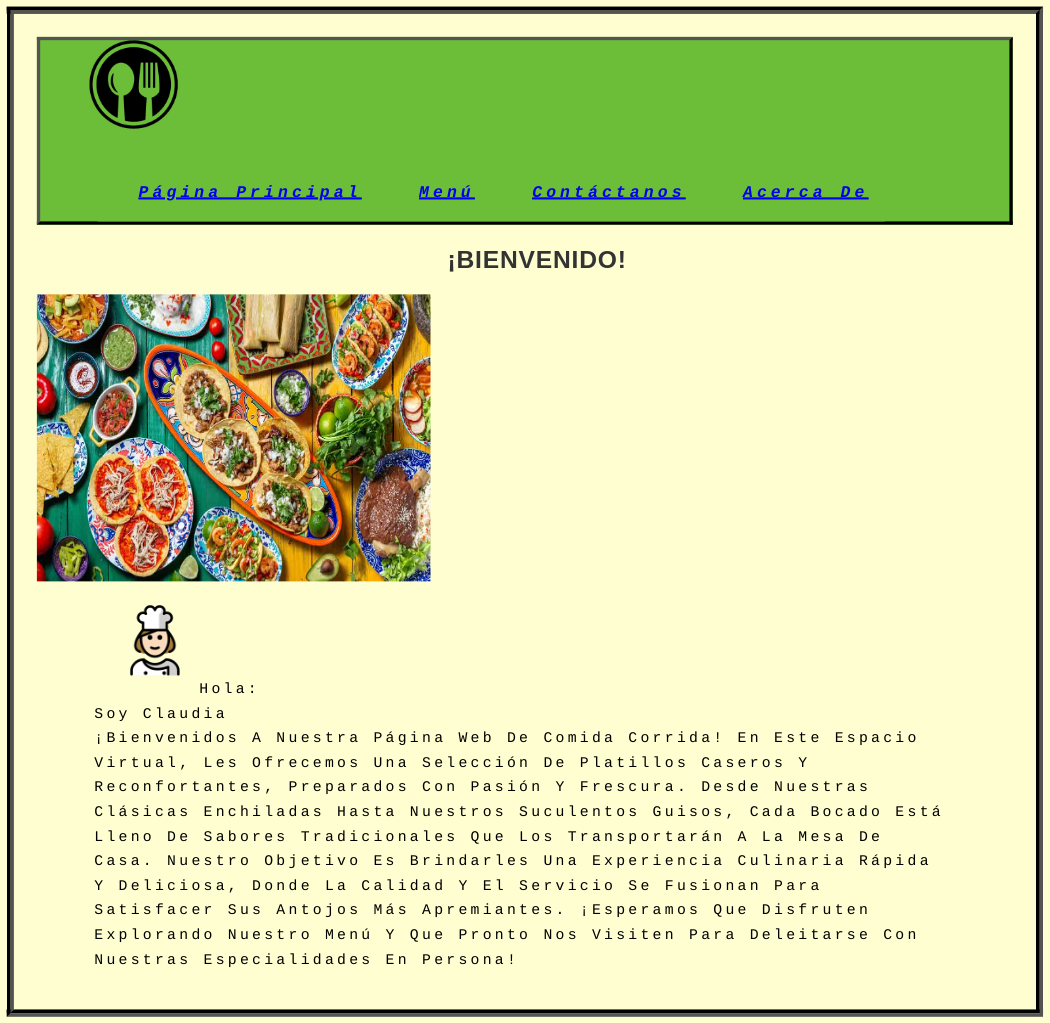
Repository: UVMCoyoacan/eq06_sitio1
Page: index.html
These files come from the project's save history. The page is drawn as it stood at one moment and after the next save; the edit follows.
The browser window is 1280 px wide. The pictures show the whole page, at 82% of full size.

Above is the page before, as saved 2024-03-08 11:31:07.

### index.html
<!DOCTYPE html>
<html>
    <head>
        <link rel="stylesheet" href="./Carpeta estilos/estilo1.css"/>
        <meta charset="utf-8" />
    </head>
    <body>
        <header id="parte_inicial" role="banner">
            <div class="encabezado" style="display: flex;   flex-wrap: wrap; ">
                    <div style="flex-wrap:wrap; text-align: center; white-space: nowrap; ">
                    <img width="108" height="108" src="./Carpeta ims/tres.png" onclick="redirigirIndex()" style="text-align: left; cursor:pointer; text-align: center;";>

                    </div>
            <div >
            <ul >
                <li  ><a href="#">Página principal</a></li>
                <li ><a href="./Carpeta docs/menu.html">Menú</a></li>
                <li ><a href="./Carpeta docs/contactos.html">Contáctanos</a></li>
                <li ><a class="active" href="./Carpeta docs/acercade.html">Acerca de</a></li>
            </ul>
        </div>
            </div>
        </header>
        <h2>¡Bienvenido!</h2>
        <img width="480" height="350" src="./Carpeta ims/comida.png" onclick="redirigirIndex()" style="text-align:center; cursor:pointer; text-align: center;";>
        <ul><img width="108" height="108" src="./Carpeta ims/chef.png" onclick="redirigirIndex()" style="text-align:center; cursor:pointer; text-align: center;";>Hola: <br>

            Soy Claudia<br>

            ¡Bienvenidos a nuestra página web de comida corrida! En este espacio virtual, les ofrecemos una selección de platillos caseros y reconfortantes, preparados con pasión y frescura. Desde nuestras clásicas enchiladas hasta nuestros suculentos guisos, cada bocado está lleno de sabores tradicionales que los transportarán a la mesa de casa. Nuestro objetivo es brindarles una experiencia culinaria rápida y deliciosa, donde la calidad y el servicio se fusionan para satisfacer sus antojos más apremiantes. ¡Esperamos que disfruten explorando nuestro menú y que pronto nos visiten para deleitarse con nuestras especialidades en persona!

            </ul>
    </body>
    <script src="./Carpeta js/js1.js">
    </script>
</html>

### Carpeta estilos/estilo1.css
body{
  background-color:#fefec0be;
  font-size:20px;
  font-family:Courier;
  font-weight:bold;
  font-style:normal;
  line-height:30px;
  letter-spacing:5px;
  padding: 28px;
  text-transform:capitalize;
  text-align:left;
  text-indent:30px;
  border-style:groove;
  border-color: #000000;
  border-width: .8ch;


}
header{
  background-color:#6cbe39;
  font-size:20px;
  font-family:Courier;
  font-weight:bold;
  font-style:italic;
  line-height:60px;
  letter-spacing:5px;
  text-transform:capitalize;
  text-align:left;
  text-indent:60px;
  border-style: outset;
  border-color: #000000;
  border-width: .4ch;

}
li {
  display: inline;
  float: left;
  background-color:#6cbe39;
  font-size:20px;
  font-family:Courier;
  font-weight:bold;
  font-style:oblique;
  line-height:30px;
  letter-spacing:5px;
  text-decoration:underline;
  text-transform:capitalize;
  text-align:left;
  text-indent:30px;
  border-style:inherit;
  border-color: #303130;
  padding: 12px;
}


a {
  display: block;
  padding: 8px;
  background-color:#6cbe39;
}
.active {
  background-color:transparent;

}

#titulo{
  text-decoration: overline underline;
  font-size:30px;
  font-style:oblique;

}

p{

    font-size: 30px;
    font-family: Courier;
    font-weight: bold;
    font-style:italic;
    line-height: 30px;
    letter-spacing: 5px;
    text-transform: capitalize;
    text-align: left;
    text-indent: 30px;
    margin-left: auto;
    color: #2e2e2e;
      background-color: #ffffff;


    }

  ol{

      font-size: 20px;
      font-family: Courier;
      font-weight:200;
      font-style: normal;
      line-height: 30px;
      letter-spacing: 5px;
      text-transform: capitalize;
      text-align: left;
      text-indent: 30px;
      color: #2e2e2e;
      padding-left: 40px;
    }
    h1{
      font-size: 30px;
      font-family: Courier;
      font-weight: bold;
      font-style:italic;
      line-height: 30px;
      letter-spacing: 5px;
      text-transform: capitalize;
      text-align: left;
      text-indent: 30px;
      margin-left: auto;
      color: #2e2e2e;
        background-color: #b3e64c;
    }
    h2 {
      font-size: 30px;
      font-family: Arial, sans-serif;
      font-weight: bold;
      font-style: normal;
      line-height: 1.5;
      letter-spacing: 1px;
      text-transform: uppercase;
      text-align: center;
      color: #333333;
      margin-top: 20px;
      margin-bottom: 20px;
    }
    ul{
      font-size: 18px;
      font-family: Courier;
      font-weight:200;
      font-style:initial;
      line-height: 30px;
      letter-spacing: 4px;
      text-transform: capitalize;
      text-align: left;
      text-indent: 20px;
      color: #000000;
      padding-left: 70px;
      padding-right: 70px;

    }

  h3{
    font-size: 30px;
    font-family: Courier;
    font-weight: bold;
    font-style:italic;
    line-height: 30px;
    letter-spacing: 5px;
    text-transform: capitalize;
    text-align: left;
    text-indent: 30px;
    margin-left: auto;
    color: #2e2e2e;
      background-color: #b3e64c;
  }
  h4 {
    font-size: 30px;
    font-family: Arial, sans-serif;
    font-weight: bold;
    font-style: normal;
    line-height: 1.5;
    letter-spacing: 1px;
    text-transform: uppercase;
    text-align: center;
    color: #333333;
    margin-top: 20px;
    margin-bottom: 20px;
  }

### Carpeta js/js1.js
function redirigirIndex() {
    window.location.href = '#';
}

After the next save:
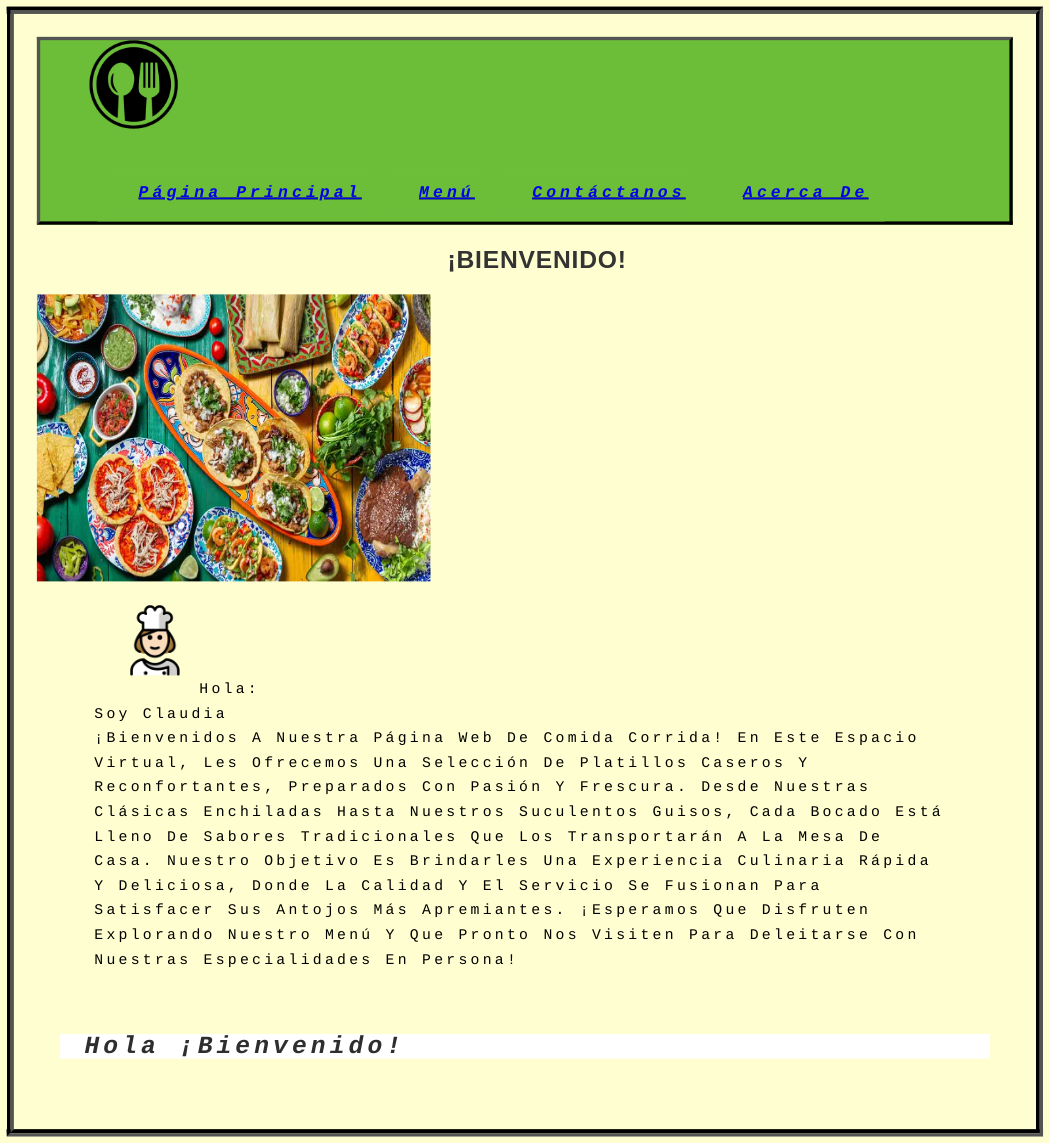
Saved 5 min 49 s later.
--- a/index.html
+++ b/index.html
@@ -30,6 +30,9 @@
             ¡Bienvenidos a nuestra página web de comida corrida! En este espacio virtual, les ofrecemos una selección de platillos caseros y reconfortantes, preparados con pasión y frescura. Desde nuestras clásicas enchiladas hasta nuestros suculentos guisos, cada bocado está lleno de sabores tradicionales que los transportarán a la mesa de casa. Nuestro objetivo es brindarles una experiencia culinaria rápida y deliciosa, donde la calidad y el servicio se fusionan para satisfacer sus antojos más apremiantes. ¡Esperamos que disfruten explorando nuestro menú y que pronto nos visiten para deleitarse con nuestras especialidades en persona!
 
             </ul>
+        <footer style="padding: 28px;">
+            <p>Hola ¡Bienvenido!</p>
+        </footer>
     </body>
     <script src="./Carpeta js/js1.js">
     </script>
